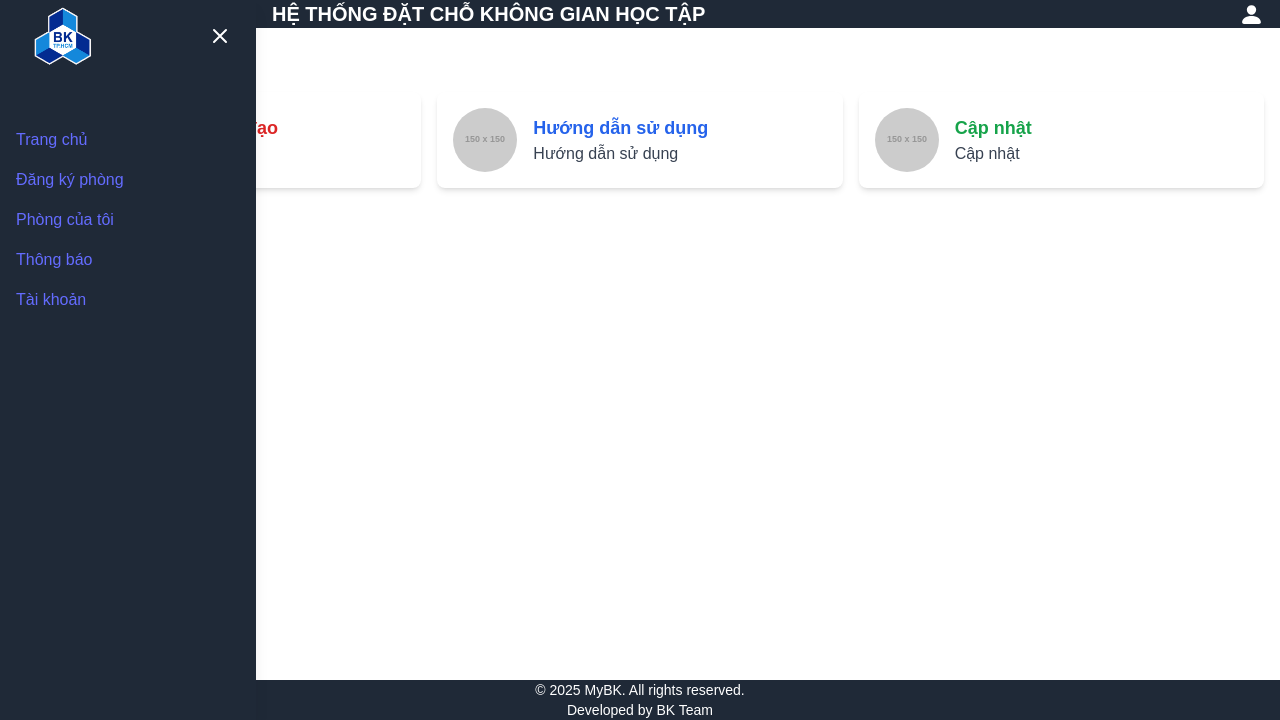
Repository: CNPM-S3MRS/frontend-web
Page: /homepage
The author's editor kept a copy of each file at every save. The page is drawn from the files as they stood at one save, then again after the next save.
The browser window is 1280 px wide. The pictures show the whole page.
The project was rebuilt for these pictures with package versions that can differ from the ones it lists, and the page was loaded fresh each time. Also part of the build but not shown: vite.config.js, src/pages/auth/Login.jsx, src/components/card/NotificationCard.jsx, src/components/pagination/Pagination.jsx, src/components/dropdownmenu/DropdownList.jsx, src/pages/notification/notification.jsx.

Above is the page before, as saved 2025-04-10 23:26:18.

### src/App.jsx
import { BrowserRouter as Router, Routes, Route } from 'react-router-dom';
import Login from '@/pages/auth/Login';
import Notification from './pages/notification/notification';
import Homepage from "./pages/homepage/Homepage";

function App() {
  return (
    <Router>
      <Routes>
        <Route path="/login" element={<Login />} />
        <Route path="/homepage" element={<Homepage />} />
        <Route path="/notification" element={<Notification />} /> {/* Add this route */}
        <Route path="/" element={<div>Trang chủ</div>} />
      </Routes>
    </Router>
  );
}

export default App;

### src/index.css
@tailwind base;
@tailwind components;
@tailwind utilities;


:root {
  font-family: system-ui, Avenir, Helvetica, Arial, sans-serif;
  line-height: 1.5;
  font-weight: 400;

  color-scheme: light dark;
  color: rgba(255, 255, 255, 0.87);
  background-color: #242424;

  font-synthesis: none;
  text-rendering: optimizeLegibility;
  -webkit-font-smoothing: antialiased;
  -moz-osx-font-smoothing: grayscale;
}

a {
  font-weight: 500;
  color: #646cff;
  text-decoration: inherit;
}
a:hover {
  color: #535bf2;
}

/* body {
  margin: 0;
  display: flex;
  place-items: center;
  min-width: 320px;
  min-height: 100vh;
} */

h1 {
  font-size: 3.2em;
  line-height: 1.1;
}

.header-button {
  background: none;
  border: none;
  color: inherit;
  cursor: pointer;
  padding: 0;
  display: inline-flex;
  align-items: center;
  justify-content: center;
}


.sidebar-button {
  background: none;
  border: none;
  color: inherit;
  cursor: pointer;
  padding: 0.5rem;
  display: inline-flex;
  align-items: center;
  justify-content: center;
}

.pagination {
  display: flex;

}

.pagination button,
.pagination span {
  display: flex;
  align-items: center;
  justify-content: center;
  min-width: 2.5rem;
  height: 2.5rem;
  font-size: 1rem;
  font-weight: 500;
  background-color: transparent;
  border: none;
  color: #000;
  cursor: pointer;
}

.pagination span {
  color: #000;
}

button {
  border-radius: 8px;
  border: 1px solid transparent;
  padding: 0.6em 1.2em;
  font-size: 1em;
  font-weight: 500;
  font-family: inherit;
  background-color: #1a1a1a;
  cursor: pointer;
  transition: border-color 0.25s;
}
button:hover {
  border-color: #646cff;
}
button:focus,
button:focus-visible {
  outline: 4px auto -webkit-focus-ring-color;
}
h1 {
  font-size: 1.5rem;
  font-weight: bold;
  margin-bottom: 1rem;
}
body {
  font-family: Arial, sans-serif;
  background-color: transparent;
  color: #000000;
}

input[type="checkbox"] {
  width: 1rem;
  height: 1rem;
}

@media (prefers-color-scheme: light) {
  :root {
    color: #213547;
    background-color: #ffffff;
  }
  a:hover {
    color: #747bff;
  }
  button {
    background-color: #f9f9f9;
  }
}

### src/pages/homepage/Homepage.jsx
import React, { useState } from "react";
import Sidebar from "../../components/bars/Sidebar";
import Header from "../../components/header/Header";
import Footer from "../../components/footer/Footer";
import DisplayCard from "../../components/card/DisplayCard";

const Homepage = () => {
  const [isSidebarOpen, setIsSidebarOpen] = useState(true);

  return (
    <div className="container flex flex-col h-screen">
      {/* Header */}
      <Header isSidebarOpen={isSidebarOpen} setIsSidebarOpen={setIsSidebarOpen} />

      <div className="flex flex-grow">
        {/* Sidebar */}
        <Sidebar isSidebarOpen={isSidebarOpen} setIsSidebarOpen={setIsSidebarOpen} />

        {/* Main Content */}
        <div
          className={`flex-grow p-4 transition-all duration-300 ${
            isSidebarOpen ? "lg:pl-70" : "pl-4"
          }`}
        >
          <h1 className="text-2xl font-bold mb-4">Homepage</h1>
          {/* Display Cards */}
          <div className="grid grid-cols-1 sm:grid-cols-2 lg:grid-cols-3 gap-4">
            <DisplayCard
              image="https://via.placeholder.com/150"
              status="Hiến máu nhân đạo"
              statusColor="red"
              message="Hiến máu nhân đạo"
            />
            <DisplayCard
              image="https://via.placeholder.com/150"
              status="Hướng dẫn sử dụng"
              statusColor="blue"
              message="Hướng dẫn sử dụng"
            />
            <DisplayCard
              image="https://via.placeholder.com/150"
              status="Cập nhật"
              statusColor="green"
              message="Cập nhật"
            />
          </div>
        </div>
      </div>
      {/* Footer */}
      <Footer />
    </div>
  );
};

export default Homepage;

### src/components/bars/Sidebar.jsx
import React from "react";
import { NavLink } from "react-router-dom";
import LogoBK from "../../assets/LogoBK.jpg"; // Adjust the path as necessary
const Sidebar = ({ isSidebarOpen, setIsSidebarOpen }) => {
  return (
    <div
      className={`fixed inset-y-0 left-0 w-64 bg-gray-800 text-white shadow-lg z-50 transform ${
        isSidebarOpen ? "translate-x-0" : "-translate-x-full"
      } transition-transform duration-300`}
    >
      <div className="flex items-center content-center">
        <img src={LogoBK} alt="Logo" className="w-17 h-20 object-contain" />
      </div>
      {/* Close Button */}
      <button
        onClick={() => setIsSidebarOpen(false)}
        className="sidebar-button absolute top-4 right-4 text-white focus:outline-none"
        aria-label="Close Sidebar"
      >
        <svg
          xmlns="http://www.w3.org/2000/svg"
          width="24"
          height="24"
          fill="none"
          viewBox="0 0 24 24"
          stroke="currentColor"
        >
          <path
            strokeLinecap="round"
            strokeLinejoin="round"
            strokeWidth={2}
            d="M6 18L18 6M6 6l12 12"
          />
        </svg>
      </button>

      {/* Sidebar Links */}
      <ul className="mt-8 space-y-4 p-4">
        <li>
          <NavLink to="/" className="hover:text-gray-400">
            Trang chủ
          </NavLink>
        </li>
        <li>
          <NavLink to="/register-room" className="hover:text-gray-400">
            Đăng ký phòng
          </NavLink>
        </li>
        <li>
          <NavLink to="/my-rooms" className="hover:text-gray-400">
            Phòng của tôi
          </NavLink>
        </li>
        <li>
          <NavLink to="/notification" className="hover:text-gray-400">
            Thông báo
          </NavLink>
        </li>
        <li>
          <NavLink to="/account" className="hover:text-gray-400">
            Tài khoản
          </NavLink>
        </li>
      </ul>
    </div>
  );
};

export default Sidebar;

### src/components/header/Header.jsx
import React from "react";
import LogoBK from "../../assets/LogoBK.jpg"; // Adjust the path as necessary

const Header = ({ isSidebarOpen, setIsSidebarOpen }) => {
  return (
    <header
      className={`flex items-center justify-between px-4 bg-gray-800 text-white transition-all duration-300 ${
        isSidebarOpen ? "lg:pl-64" : "pl-4"
      }`}
    >
      {/* Left Section */}
      <div className="flex items-center space-x-2">
        {/* Conditionally hide Hamburger Menu and Logo */}
        {!isSidebarOpen && (
          <>
            {/* Hamburger Menu */}
            <button
              onClick={() => setIsSidebarOpen(!isSidebarOpen)}
              className="header-button focus:outline-none"
              aria-label="Toggle Sidebar"
            >
              <svg
                xmlns="http://www.w3.org/2000/svg"
                width="24"
                height="24"
                fill="currentColor"
                className="bi bi-list"
                viewBox="0 0 16 16"
              >
                <path
                  fillRule="evenodd"
                  d="M2.5 12a.5.5 0 0 1 .5-.5h10a.5.5 0 0 1 0 1H3a.5.5 0 0 1-.5-.5m0-4a.5.5 0 0 1 .5-.5h10a.5.5 0 0 1 0 1H3a.5.5 0 0 1-.5-.5m0-4a.5.5 0 0 1 .5-.5h10a.5.5 0 0 1 0 1H3a.5.5 0 0 1-.5-.5"
                />
              </svg>
            </button>

            {/* Logo */}
            <img src={LogoBK} alt="Logo" className="w-17 h-16 object-contain" />
          </>
        )}

        {/* Logo Text */}
        <span className="text-xl font-semibold pl-4">
          HỆ THỐNG ĐẶT CHỖ KHÔNG GIAN HỌC TẬP
        </span>
      </div>

      {/* Account */}
      <button
        className="header-button focus:outline-none"
        aria-label="Login"
        onClick={() =>
          (window.location.href =
            "https://sso.hcmut.edu.vn/cas/login?service=https://mybk.hcmut.edu.vn/my/homeSSO.action")
        }
      >
        <svg
          xmlns="http://www.w3.org/2000/svg"
          width="25"
          height="25"
          fill="currentColor"
          className="bi bi-person-circle"
          viewBox="0 0 16 16"
        >
          <path d="M3 14s-1 0-1-1 1-4 6-4 6 3 6 4-1 1-1 1zm5-6a3 3 0 1 0 0-6 3 3 0 0 0 0 6" />
          <path d="M8 8a2 2 0 1 0 0-4 2 2 0 0 0 0 4z" />
          <path
            fillRule="evenodd"
            d="M8 9a3 3 0 0 0-2.83 2h5.66A3 3 0 0 0 8 9z"
          />
        </svg>
      </button>
    </header>
  );
};

export default Header;

### src/components/footer/Footer.jsx
import React from "react";

const Footer = () => {
    return(
        <footer className="bg-gray-800 text-white">

            <div className="container mx-auto text-center">
                <p className="text-sm">&copy; {new Date().getFullYear()} MyBK. All rights reserved.</p>
                <p className="text-sm">Developed by BK Team</p>
            </div>
        </footer>
    );
};

export default Footer;

### src/components/card/DisplayCard.jsx
import React from "react";

const DisplayCard = ({ image, status, statusColor, message }) => {
    // cardStyles : card with footer

    return (
        <div className="bg-white shadow-md rounded-lg p-4 flex items-center">
            <img src={image} alt="Notification" className="w-16 h-16 rounded-full mr-4" />
            <div className="flex-grow">
                <h2 className={`text-lg font-bold text-${statusColor}-600`}>{status}</h2>
                <p className="text-gray-700">{message}</p>
            </div>
        </div>
    );

};

export default DisplayCard;

### tailwind.config.js
/** @type {import('tailwindcss').Config} */
module.exports = {
  content: ["./src/**/*.{js,jsx,ts,tsx}"], // Include all source files
  theme: {
    extend: {},
  },
  plugins: [],
};

Loaded but not shown: index.html (common file); src/main.jsx (common file)

After the next save:
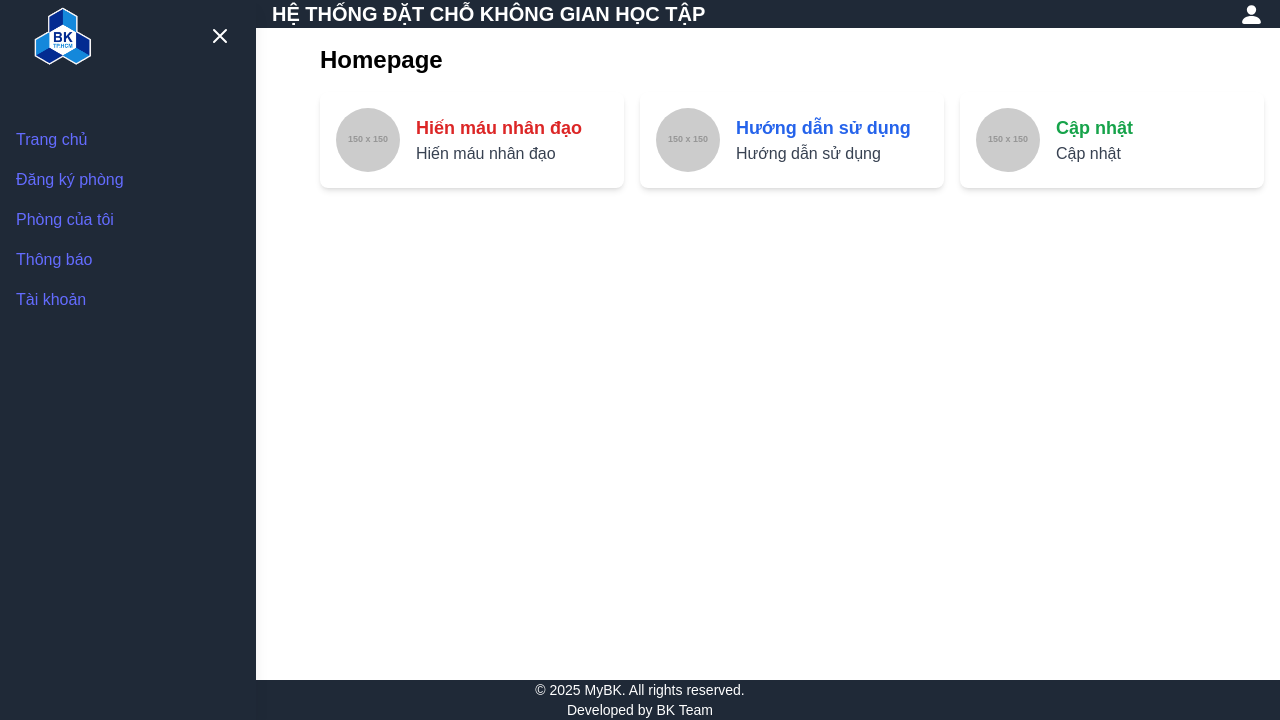
Saved 9 s later.
--- a/src/pages/homepage/Homepage.jsx
+++ b/src/pages/homepage/Homepage.jsx
@@ -19,7 +19,7 @@ const Homepage = () => {
         {/* Main Content */}
         <div
           className={`flex-grow p-4 transition-all duration-300 ${
-            isSidebarOpen ? "lg:pl-70" : "pl-4"
+            isSidebarOpen ? "lg:pl-80" : "pl-4"
           }`}
         >
           <h1 className="text-2xl font-bold mb-4">Homepage</h1>
